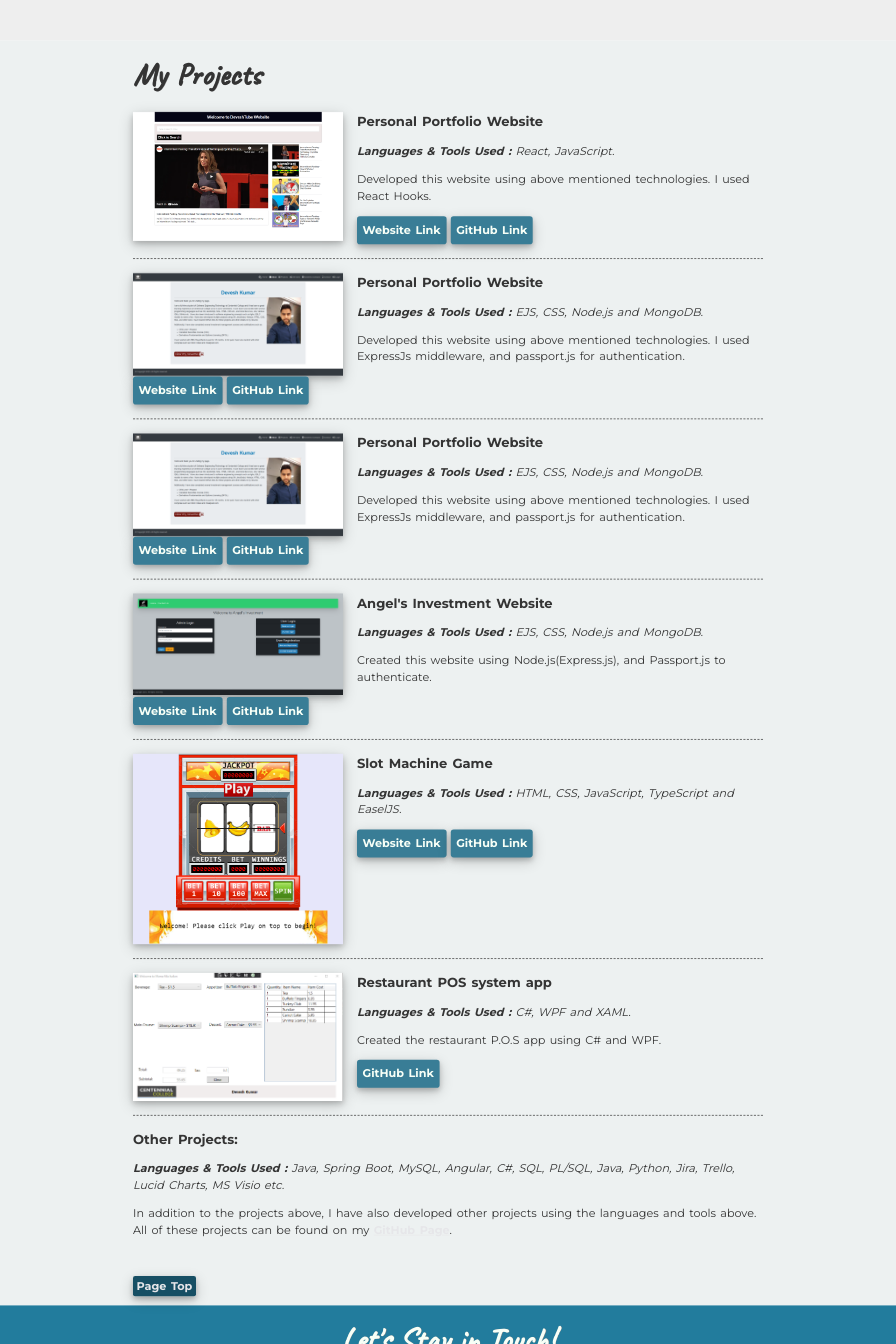
Repository: My-Web-Page/MyWebPage
Page: index.html
The author's editor kept a copy of each file at every save. The page is drawn from the files as they stood at one save, then again after the next save.
The browser window is 1280 px wide. The pictures show the part of the page from y = 2967 to 4887 px (the page is 4989 px tall before and 4985 px after), at 70% of full size.
Some web libraries are served in a nearby version.

Above is the page before, as saved 2023-04-13 16:38:29.

After the next save:
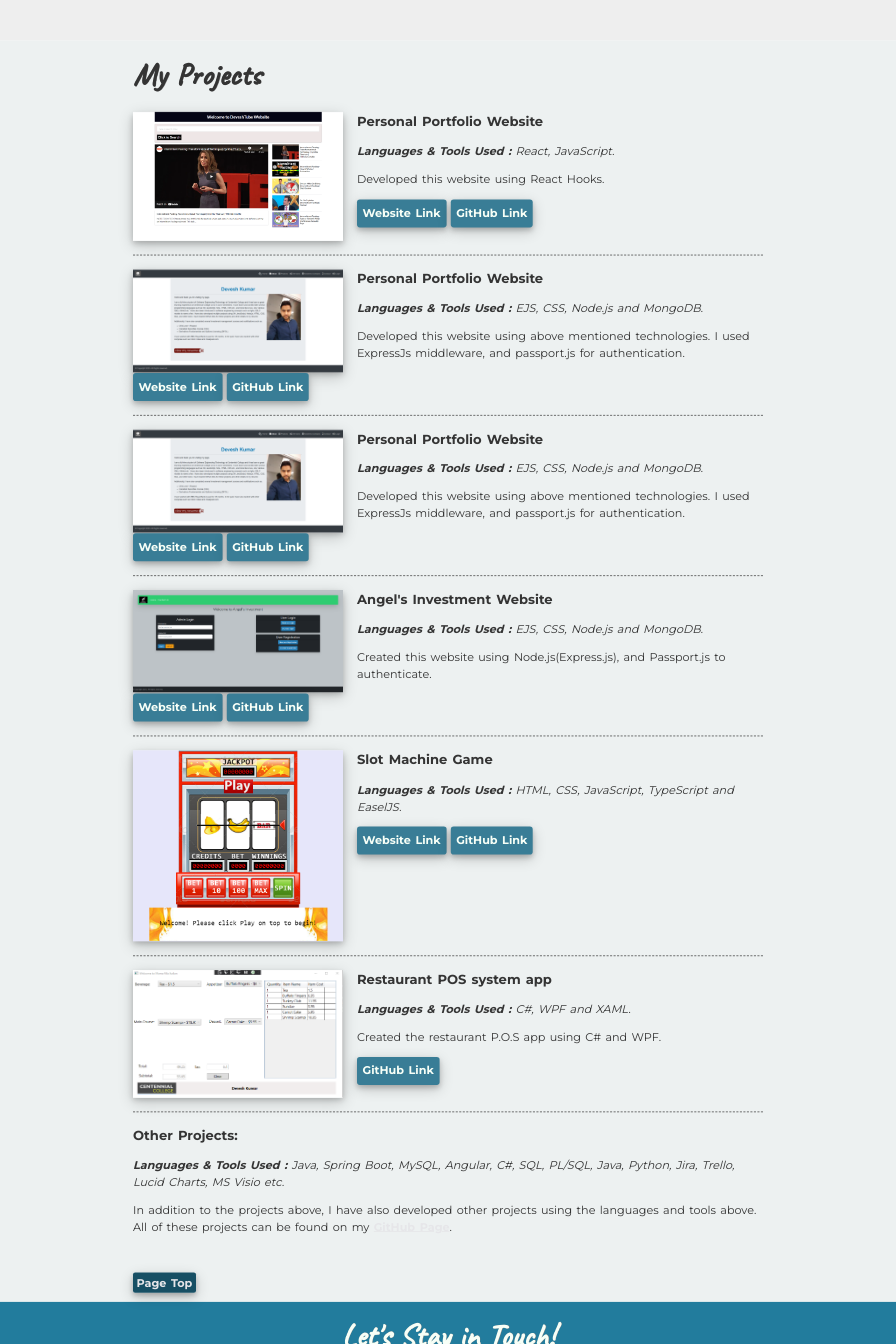
Saved 13 s later.
--- a/index.html
+++ b/index.html
@@ -196,7 +196,7 @@
                     <img class="project-image" src="./assets/images/deveshtube.png" alt="Devesh Tube Assignment Using React, JavaScript">
                     <h3>Personal Portfolio Website</h3>
                     <p> <strong>Languages & Tools Used :</strong> React, JavaScript.</p>
-                    <p>Developed this website using above mentioned technologies. I used React Hooks.</p>
+                    <p>Developed this website using React Hooks.</p>
                     <a class="btn" href="https://blissful-pasteur-e62546.netlify.app" target="_blank">Website Link</a>
                     <a class="btn" href="https://github.com/portretrieve/reactApp-DeveshTube-using-hooks" target="_blank">GitHub Link</a>
                 </section>
